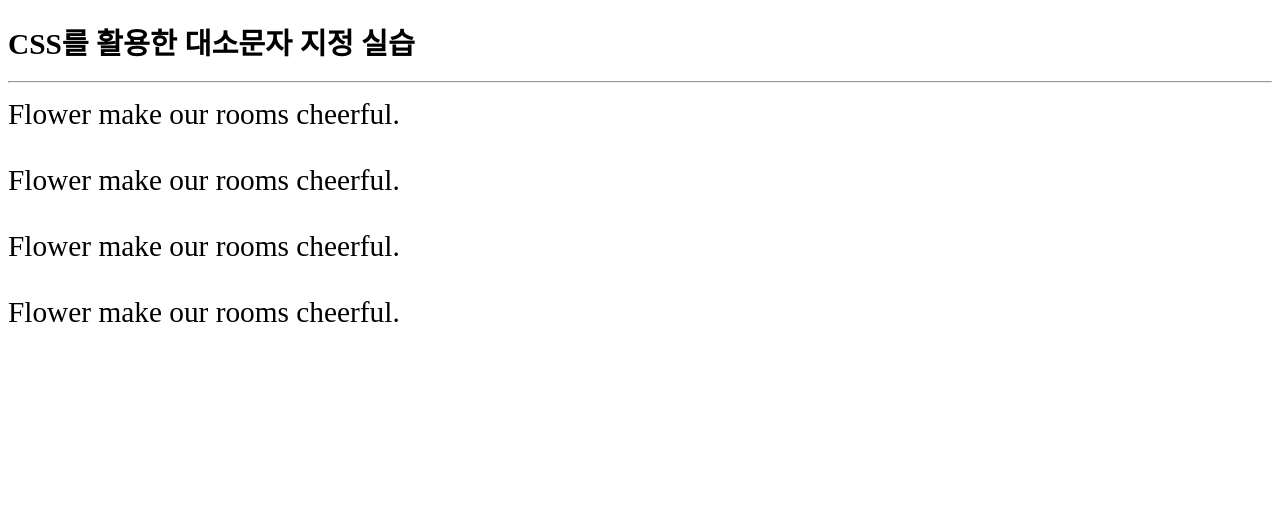
Repository: lolsoyeon/WebStudy
Page: WebApp02/WebContent/Test018.html
These files come from the project's save history. The page is drawn as it stood at one moment and after the next save; the edit follows.
The browser window is 1280 px wide. The pictures show the whole page.

Above is the page before, as saved 2022-09-28 05:21:51.

### WebApp02/WebContent/Test018.html
<!DOCTYPE html>
<html>
<head>
<meta charset="UTF-8">
<title>Test018.html</title>

<style type="text/css">

	* {font-size: 22pt;}
</style>

</head>
<body>

<div>
	<h1>CSS를 활용한 대소문자 지정 실습</h1>
	<hr>
</div>

<div>
	<span>Flower make our rooms cheerful.</span>
	<br><br>

	<span>Flower make our rooms cheerful.</span>
	<br><br>

	<span>Flower make our rooms cheerful.</span>
	<br><br>

	<span>Flower make our rooms cheerful.</span>
	<br><br>
</div>

</body>
</html>

After the next save:
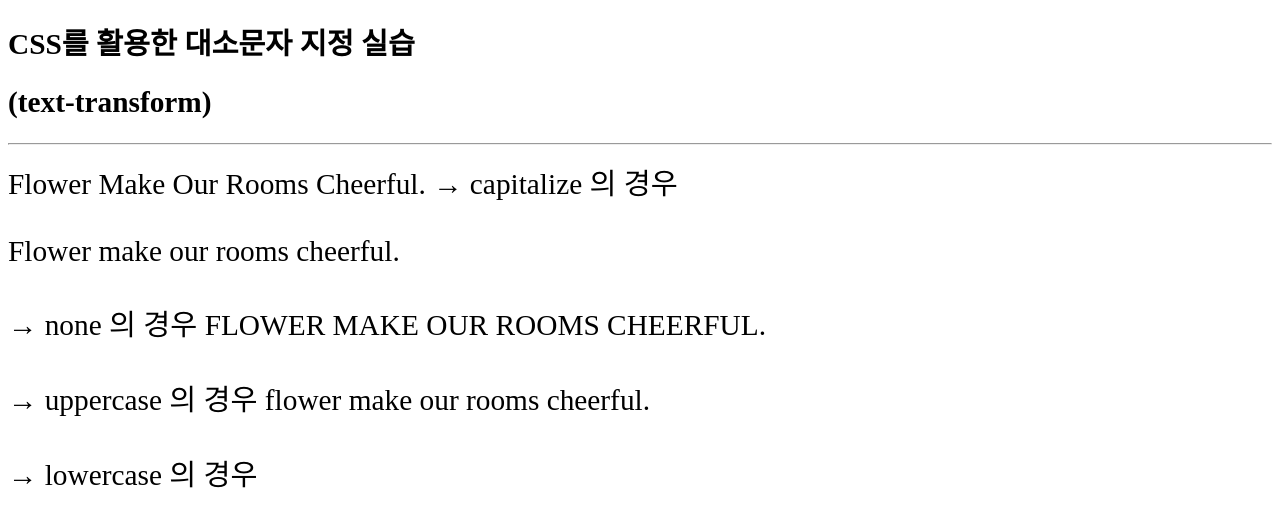
Saved 2 min 16 s later.
--- a/WebApp02/WebContent/Test018.html
+++ b/WebApp02/WebContent/Test018.html
@@ -14,21 +14,25 @@
 
 <div>
 	<h1>CSS를 활용한 대소문자 지정 실습</h1>
+	<h2>(text-transform)</h2>
 	<hr>
 </div>
 
 <div>
-	<span>Flower make our rooms cheerful.</span>
+	<span style="text-transform: capitalize;">Flower make our rooms cheerful.</span>
+	→ capitalize 의 경우
 	<br><br>
 
-	<span>Flower make our rooms cheerful.</span>
+	<span style="text-transform: none;">Flower make our rooms cheerful.</span>
 	<br><br>
+	→ none 의 경우
 
-	<span>Flower make our rooms cheerful.</span>
+	<span style="text-transform: uppercase;">Flower make our rooms cheerful.</span>
 	<br><br>
-
-	<span>Flower make our rooms cheerful.</span>
+	→ uppercase 의 경우
+	<span style="text-transform: lowercase;">Flower make our rooms cheerful.</span>
 	<br><br>
+	→ lowercase 의 경우
 </div>
 
 </body>
